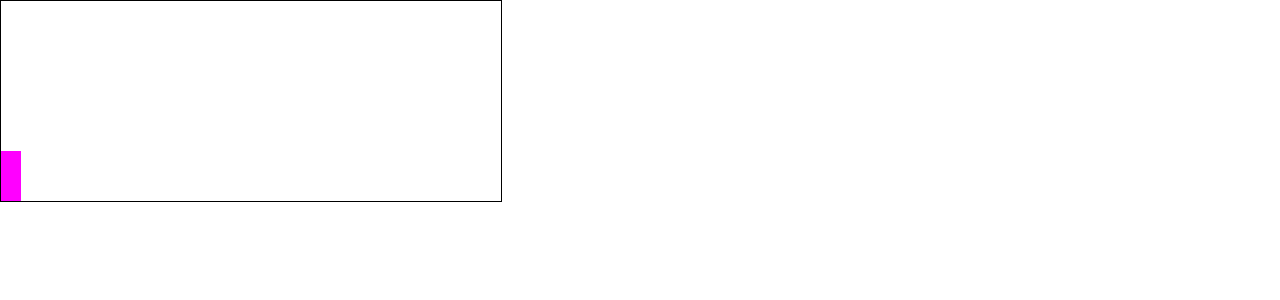
Repository: thecptwaffles/bad-game
Page: index.html
An editor plug-in stored every save of this project. The page is shown before and after the next save, followed by the edit.
The browser window is 1280 px wide. The pictures show the whole page.

Above is the page before, as saved 2022-02-04 19:47:50.

After the next save:
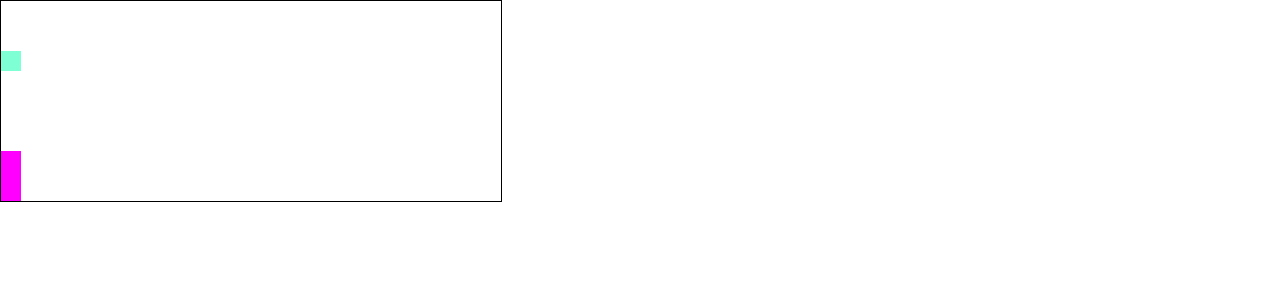
Saved 2 min 21 s later.
--- a/style.css
+++ b/style.css
@@ -16,3 +16,9 @@
     position: relative;
     top: 150px;
 }
+
+#block {
+    width: 20px;
+    height: 20px;
+    background-color: aquamarine;
+}
